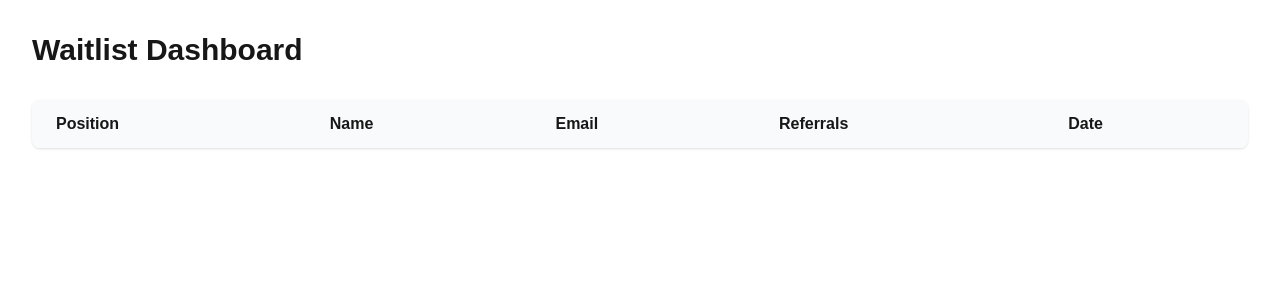
Repository: vikkii2005/asvalue-waitlist
Page: /admin
An editor plug-in stored every save of this project. The page is shown before and after the next save, followed by the edit.
The browser window is 1280 px wide. The pictures show the whole page.
The page's requests for data from a server got no answer. The project was rebuilt for these pictures with package versions that can differ from the ones it lists, and the page was loaded fresh each time. The framework's server and built-in components were replaced by stand-ins that run in the browser. No one was signed in, and anything a server would have sent is missing. Also part of the build but not shown: next.config.ts.

Above is the page before, as saved 2025-10-31 08:55:59.

### app/layout.tsx
import { Analytics } from '@vercel/analytics/react'
import type { Metadata } from 'next'
import './globals.css'

export const metadata: Metadata = {
  title: 'AsValue - Professional WhatsApp Selling Platform',
  description: 'Transform your WhatsApp business with automated messaging, order management, and zero commission. Join the waitlist today!',
  openGraph: {
    title: 'AsValue - Sell Like a Pro on WhatsApp',
    description: 'Zero commission WhatsApp selling platform',
    url: 'https://asvalue.com',
  },
}

export default function RootLayout({
  children,
}: {
  children: React.ReactNode
}) {
  return (
    <html lang="en">
      <body className="antialiased">
        {children}
        <Analytics />
      </body>
    </html>
  )
}

### app/admin/page.tsx
'use client'

import { useState, useEffect } from 'react'
import { supabase } from '@/lib/supabase'

export default function AdminDashboard() {
  const [entries, setEntries] = useState([])

  useEffect(() => {
    fetchEntries()
  }, [])

  const fetchEntries = async () => {
    const { data } = await supabase
      .from('waitlist')
      .select('*')
      .order('position', { ascending: true })

    setEntries(data || [])
  }

  return (
    <div className="p-8">
      <h1 className="text-3xl font-bold mb-8">Waitlist Dashboard</h1>
      <div className="bg-white rounded-lg shadow overflow-hidden">
        <table className="w-full">
          <thead className="bg-gray-50">
            <tr>
              <th className="px-6 py-3 text-left">Position</th>
              <th className="px-6 py-3 text-left">Name</th>
              <th className="px-6 py-3 text-left">Email</th>
              <th className="px-6 py-3 text-left">Referrals</th>
              <th className="px-6 py-3 text-left">Date</th>
            </tr>
          </thead>
          <tbody>
            {entries.map((entry: any) => (
              <tr key={entry.id} className="border-t">
                <td className="px-6 py-4">#{entry.position}</td>
                <td className="px-6 py-4">{entry.full_name}</td>
                <td className="px-6 py-4">{entry.email}</td>
                <td className="px-6 py-4">{entry.referral_count}</td>
                <td className="px-6 py-4">
                  {new Date(entry.created_at).toLocaleDateString()}
                </td>
              </tr>
            ))}
          </tbody>
        </table>
      </div>
    </div>
  )
}

Loaded but not shown: app/globals.css (common file); lib/supabase.ts (common file)

After the next save:
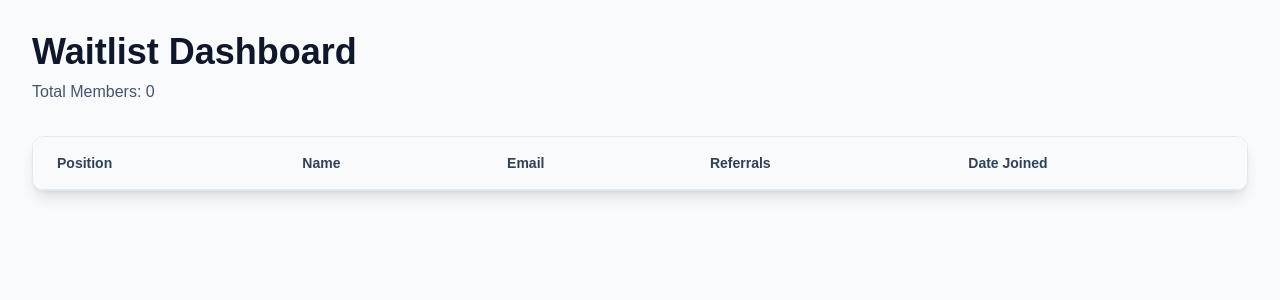
Saved 11 s later.
--- a/app/admin/page.tsx
+++ b/app/admin/page.tsx
@@ -3,50 +3,87 @@
 import { useState, useEffect } from 'react'
 import { supabase } from '@/lib/supabase'
 
+interface WaitlistEntry {
+  id: string
+  position: number
+  full_name: string
+  email: string
+  referral_count: number
+  created_at: string
+}
+
 export default function AdminDashboard() {
-  const [entries, setEntries] = useState([])
+  const [entries, setEntries] = useState<WaitlistEntry[]>([])
+  const [loading, setLoading] = useState(true)
 
   useEffect(() => {
     fetchEntries()
   }, [])
 
   const fetchEntries = async () => {
-    const { data } = await supabase
-      .from('waitlist')
-      .select('*')
-      .order('position', { ascending: true })
+    try {
+      const { data, error } = await supabase
+        .from('waitlist')
+        .select('*')
+        .order('position', { ascending: true })
 
-    setEntries(data || [])
+      if (error) throw error
+      setEntries(data || [])
+    } catch (error) {
+      console.error('Error:', error)
+    } finally {
+      setLoading(false)
+    }
+  }
+
+  if (loading) {
+    return (
+      <div className="min-h-screen flex items-center justify-center">
+        <div className="text-xl">Loading...</div>
+      </div>
+    )
   }
 
   return (
-    <div className="p-8">
-      <h1 className="text-3xl font-bold mb-8">Waitlist Dashboard</h1>
-      <div className="bg-white rounded-lg shadow overflow-hidden">
-        <table className="w-full">
-          <thead className="bg-gray-50">
-            <tr>
-              <th className="px-6 py-3 text-left">Position</th>
-              <th className="px-6 py-3 text-left">Name</th>
-              <th className="px-6 py-3 text-left">Email</th>
-              <th className="px-6 py-3 text-left">Referrals</th>
-              <th className="px-6 py-3 text-left">Date</th>
-            </tr>
-          </thead>
-          <tbody>
-            {entries.map((entry: any) => (
-              <tr key={entry.id} className="border-t">
-                <td className="px-6 py-4">#{entry.position}</td>
-                <td className="px-6 py-4">{entry.full_name}</td>
-                <td className="px-6 py-4">{entry.email}</td>
-                <td className="px-6 py-4">{entry.referral_count}</td>
-                <td className="px-6 py-4">
-                  {new Date(entry.created_at).toLocaleDateString()}
-                </td>
-              </tr>
-            ))}
-          </tbody>
-        </table>
+    <div className="p-8 bg-slate-50 min-h-screen">
+      <div className="max-w-7xl mx-auto">
+        <div className="mb-8">
+          <h1 className="text-4xl font-bold text-slate-900 mb-2">Waitlist Dashboard</h1>
+          <p className="text-slate-600">Total Members: {entries.length}</p>
+        </div>
+
+        <div className="bg-white rounded-xl shadow-lg overflow-hidden border border-slate-200">
+          <div className="overflow-x-auto">
+            <table className="w-full">
+              <thead className="bg-slate-50 border-b border-slate-200">
+                <tr>
+                  <th className="px-6 py-4 text-left text-sm font-semibold text-slate-700">Position</th>
+                  <th className="px-6 py-4 text-left text-sm font-semibold text-slate-700">Name</th>
+                  <th className="px-6 py-4 text-left text-sm font-semibold text-slate-700">Email</th>
+                  <th className="px-6 py-4 text-left text-sm font-semibold text-slate-700">Referrals</th>
+                  <th className="px-6 py-4 text-left text-sm font-semibold text-slate-700">Date Joined</th>
+                </tr>
+              </thead>
+              <tbody className="divide-y divide-slate-200">
+                {entries.map((entry) => (
+                  <tr key={entry.id} className="hover:bg-slate-50">
+                    <td className="px-6 py-4 text-sm font-medium text-slate-900">#{entry.position}</td>
+                    <td className="px-6 py-4 text-sm text-slate-700">{entry.full_name || '-'}</td>
+                    <td className="px-6 py-4 text-sm text-slate-700">{entry.email}</td>
+                    <td className="px-6 py-4 text-sm">
+                      <span className="inline-flex items-center px-3 py-1 rounded-full bg-indigo-100 text-indigo-700 font-medium">
+                        {entry.referral_count}
+                      </span>
+                    </td>
+                    <td className="px-6 py-4 text-sm text-slate-600">
+                      {new Date(entry.created_at).toLocaleDateString()}
+                    </td>
+                  </tr>
+                ))}
+              </tbody>
+            </table>
+          </div>
+        </div>
       </div>
     </div>
   )
